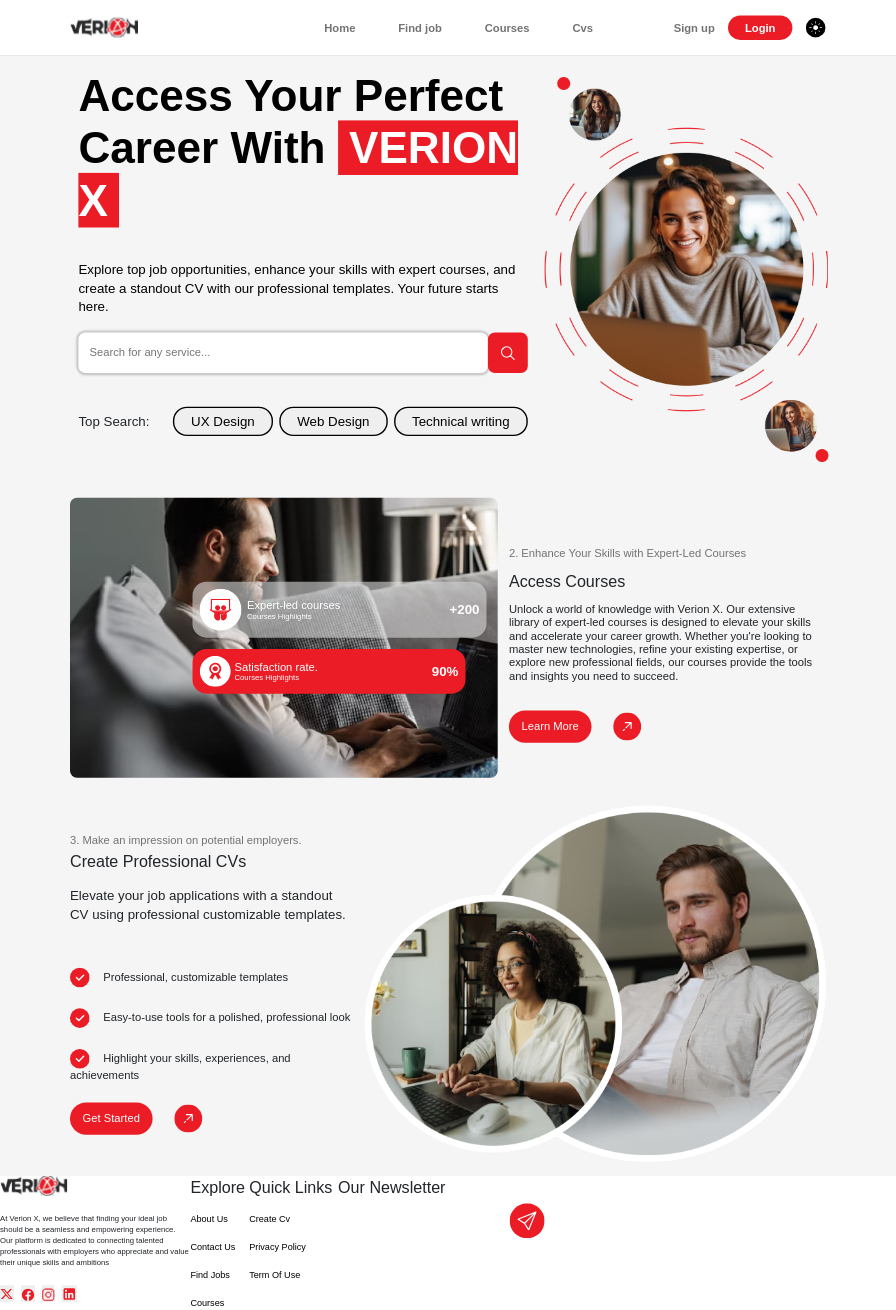
Repository: SahMenz/verionX
Page: /
An editor plug-in stored every save of this project. The page is shown before and after the next save, followed by the edit.
The browser window is 1280 px wide. The pictures show the whole page, at 70% of full size.
The project was rebuilt for these pictures with package versions that can differ from the ones it lists, and the page was loaded fresh each time. Also part of the build but not shown: vite.config.js.

Above is the page before, as saved 2024-06-16 02:23:04.

### src/App.jsx
import './App.css'
import Home from './components/home/home'
import 'bootstrap/dist/css/bootstrap.min.css';

function App() {

  return (
    <>
      <div>
          <Home />
      </div>
    </>
  )
}

export default App

### src/index.css
button{
    outline: none;
    border: none;
  }

  input{
    border: none;
    outline: none;
}

### src/App.css
*, *::before, *::after{
  padding: 0px;
  margin: 0px;
  box-sizing: border-box;
  font-family: "Rubik", sans-serif;
}

/* BACKGROUND COLORS */

.bg-f5{
  background-color: #F5F5F5;
}
.bg-eb{
  background-color: #EB1C25;
}
.bg-ff{
  background-color: #fff;
}
.bg-d9{
  background-color: #D9D9D9;
}
.bg-00{
  background-color: #000;
}


/* FONT SIZES */

.txt-11{
  font-size: 11px;
}
.txt-13{
  font-size: 13px;
}
.txt-16{
  font-size: 16px;
}
.txt-19{
  font-size: 19px;
}
.txt-23{
  font-size: 23px;
}
.txt-45{
  font-size: 45px;
}
.txt-63{
  font-size: 63px;
}


/* TEXT COLOR */

.txt-eb{
  color:#EB1C25
}
.txt-f3{
  color: #737373
}
.txt-ff{
  color:#fff
}
.txt-00{
  color: #000;
}


/* FONT WEIGHT */

.fw-400{
  font-weight: 400;
}
.fw-500{
  font-weight: 500;
}
.fw-600{
  font-weight: 600;
}


/* LINE HEIGHT */

.lh-19{
  line-height: 19.2px;
}
.lh-75{
  line-height: 55.6px;
}
.lh-26{
  line-height: 26.38px;
}
.lh-22{
  line-height: 22.8px;
}
.lh-27{
  line-height: 27.6px;
}
.lh-15{
  line-height: 15.89px;
}
.lh-13{
  line-height: 13.2px;
}
.lh-54{
  line-height: 54px;
}
.lh-34{
  line-height: 34.5px;
}
.lh-67{
  line-height: 67.5px;
}
.lh-32{
  line-height: 32.2px;
}
.lh-18{
  line-height: 18.96px;
}

### src/components/home/home.jsx
import Footer from "../footer/footer"
import Navigation from "../navigation/navigation"
import AccessCourses from "./accessCourses/accessCourses"
import CreateProfessionalCv from "./createProfessionalCv/createProfessionalCv"
import Hero from "./hero/hero"

function Home() {
  return (
    <div >
        <Navigation />
        <Hero />
        <AccessCourses />
        <CreateProfessionalCv />
        <Footer />
    </div>
  )
}

export default Home

### src/components/footer/footer.jsx
import logo from '../../assets/images/logo.svg';
import CustomSvg from '../customSvg/customSvg';

function Footer() {
  return (
    <div className='d-flex'>
        <div className='d-flex flex-column' style={{width:"272px", height:"166px"}}>
            <img  src={logo} style={{width:"97.2px"}}/>
            <div className='fw-400 lh-15 txt-11 py-4'>
                At Verion X, we believe that finding your ideal job should be a
                seamless and empowering experience. Our platform is dedicated to connecting talented
                professionals with employers who appreciate and value their unique skills and ambitions
            </div>
            <div className='d-flex align-items-center justify-content-between' style={{width:"110px"}}>
                <button><CustomSvg name="x"/></button>
                <button><CustomSvg name="facebook"/></button>
                <button><CustomSvg name="insta"/></button>
                <button><CustomSvg name="linkedin"/></button>
            </div>
        </div>
        <div className='d-flex flex-column justify-content-between' style={{width:"84px", height:"192px"}}>
            <div className='fw-500 txt-23 lh-32'>Explore</div>
            <a href="#" className='txt-00 fw-400 txt-13 lh-18 text-decoration-none'>About Us</a>
            <a href="#" className='txt-00 fw-400 txt-13 lh-18 text-decoration-none'>Contact Us</a>
            <a href="#" className='txt-00 fw-400 txt-13 lh-18 text-decoration-none'>Find Jobs</a>
            <a href="#" className='txt-00 fw-400 txt-13 lh-18 text-decoration-none'>Courses</a>
        </div>
        <div className='d-flex flex-column justify-content-between' style={{width:"127px", height:"152px"}}>
            <div className='fw-500 txt-23 lh-32'>Quick Links</div>
            <a href="#" className='txt-00 fw-400 txt-13 lh-18 text-decoration-none'>Create Cv</a>
            <a href="#" className='txt-00 fw-400 txt-13 lh-18 text-decoration-none'>Privacy Policy</a>
            <a href="#" className='txt-00 fw-400 txt-13 lh-18 text-decoration-none'>Term Of Use</a>
        </div>
        <div className='d-flex flex-column'>
            <div className='fw-500 txt-23 lh-32'>Our Newsletter</div>
            <div>
                <input  type='text' style={{borderRadius:"30px", padding:"19px"}}/>
                <CustomSvg name="telegram"/>
            </div>
        </div>
    </div>
  )
}

export default Footer

### src/components/navigation/navigation.jsx
import logo from '../../assets/images/logo.svg'
import CustomSvg from '../customSvg/customSvg'
import './navigation.css'


function Navigation() {

  return (
    <div className="d-flex justify-content-between navContainer">
        <img src={logo} alt="" />
        <div className='d-none d-lg-flex navigationLink justify-content-between align-items-center'>
          <div className='d-flex justify-content-between align-items-center links'>
            <a href="#" className='small-txt lh-19 fw-600 text-decoration-none txt-f3'>Home</a>
            <a href="#" className='small-txt lh-19 fw-600 text-decoration-none txt-f3'>Find job</a>
            <a href="#" className='small-txt lh-19 fw-600 text-decoration-none txt-f3'>Courses</a>
            <a href="#" className='small-txt lh-19 fw-600 text-decoration-none txt-f3'>Cvs</a>
          </div>
          <div className='d-flex justify-content-between align-items-center switchmode'>
            <a href="#" className='small-txt lh-19 fw-600 text-decoration-none txt-f3'>Sign up</a>
            <a href="#" className='small-txt lh-19 fw-600 text-decoration-none txt-ff bg-eb px-4 py-2 rounded-5'>Login</a>
            <CustomSvg name="switchModes" className="cursor-pointer"/>
          </div>
        </div>
        <div className=' d-lg-none cursor-pointer' style={{width: "40px", height: "40px", display: 'flex', flexDirection: 'column', alignItems: "center", justifyContent: "center", gap: "5px"}}>
          <div style={{width : "30px", height:"3px", backgroundColor : 'black' }}></div>
          <div style={{width : "30px", height:"3px", backgroundColor : 'black' }}></div>
          <div style={{width : "30px", height:"3px", backgroundColor : 'black' }}></div>
        </div>
    </div>
  )
}

export default Navigation

### src/components/home/accessCourses/accessCourses.jsx
import CustomSvg from "../../customSvg/customSvg";
import './accessCourses.css';

function AccessCourses() {
  return (
    <div className="d-flex flex-column bg-f5 flex-xl-row accessGeneral  align-items-center">
        <div className="manPressingLaptop" style={{maxWidth:"611px", position:"relative"}}>
            <div className="imagetext d-none d-lg-block" style={{position:"absolute"}}>
                <div className="d-flex align-items-center opacebackground justify-content-between mb-3" style={{padding:"10px", borderRadius:"20px", maxWidth:"455px"}}>
                    <CustomSvg name="expertLedCourses"/>
                    <div className="d-flex ps-2 justify-content-between align-items-center" style={{width:"340px"}}>
                        <div className="d-flex flex-column" >
                            <div className="txt-ff fw-500 txt-16 lh-19">Expert-led courses</div>
                            <div className="txt-11 txt-ff fw-500 lh-13">Courses Highlights</div>
                        </div>
                        <div className="fw-600 txt-19 lh-22 txt-ff">+200</div>
                    </div>
                </div>
                <div className="bg-eb d-flex align-items-center justify-content-between" style={{padding:"10px", borderRadius:"20px", maxWidth:"390px"}}>
                    <CustomSvg name="satisfactionrate"/>
                    <div className="d-flex justify-content-between align-items-center" style={{width:"320px"}}>
                        <div className="d-flex flex-column" >
                            <div className="txt-ff fw-500 txt-16 lh-19">Satisfaction rate.</div>
                            <div className="txt-11 txt-ff fw-500 lh-13">Courses Highlights</div>
                        </div>
                        <div className="fw-600 txt-19 lh-22 txt-ff">90%</div>
                    </div>
                </div>
            </div>
        </div>
        <div className=" ms-xl-3"  style={{maxWidth:"576px"}}>
            <p className="txt-f3 fw-500 lh-19 enhance" style={{maxWidth:"370px"}}>2. Enhance Your Skills with Expert-Led Courses</p>
            <p className="fw-500 lh-27 access" style={{maxWidth:"300px"}}>Access Courses</p>
            <p className="fw-400 lh-19 pb-4 unlock" style={{maxWidth:"576px"}}>
                Unlock a world of knowledge with Verion X. Our extensive library of expert-led courses is designed to elevate your skills and accelerate your career growth. Whether you&apos;re looking to master new technologies, refine your existing expertise, or explore new professional fields, our courses provide the tools and insights you need to succeed.
            </p>
            <div className="d-flex align-items-center justify-content-between" style={{width:"189px"}}>
                <button className="bg-eb txt-ff" style={{padding:"11px 18px", borderRadius:"30px"}}>Learn More</button>
                <CustomSvg name="arrowTopRight" className=""/>
            </div>
        </div>
    </div>
  )
}

export default AccessCourses

### src/components/home/createProfessionalCv/createProfessionalCv.jsx
import createProfessionalImage from '../../../assets/images/createProfessionalImage.png';
import CustomSvg from '../../customSvg/customSvg';
import './createProfessionalCv.css';

function CreateProfessionalCv() {
  return (
    <div className='d-flex flex-column createGeneral bg-f5 flex-xl-row align-items-center'>
        <div style={{maxWidth:"507px"}}>
            <div className='fw-500 lh-19 txt-16 txt-f3 adjustText' style={{margin:"0px 0px 8px 0px"}}>3. Make an impression on potential employers.</div>
            <div className='fw-500 lh-27 txt-23 adjust23' style={{margin:"0px 0px 20px 0px"}}>Create Professional CVs</div>
            <div className='fw-400 txt-19 lh-23 adjust19' style={{margin:"0px 0px 60px 0px"}}>Elevate your job applications with a standout CV using professional customizable templates.</div>
            <div className='fw-400 txt-16 lh-19 adjustText' style={{marginBottom:"29px"}}><CustomSvg name="createProfessionalTick"/> <span style={{marginLeft:"15px"}}>Professional, customizable templates</span></div>
            <div className='fw-400 txt-16 lh-19 adjustText' style={{marginBottom:"29px"}}><CustomSvg name="createProfessionalTick"/> <span style={{marginLeft:"15px"}}>Easy-to-use tools for a polished, professional look</span></div>
            <div className='fw-400 txt-16 lh-19 adjustText' style={{marginBottom:"29px"}}><CustomSvg name="createProfessionalTick"/> <span style={{marginLeft:"15px"}}>Highlight your skills, experiences, and achievements</span></div>
            <div className="d-flex align-items-center justify-content-between" style={{width:"189px"}}>
                <button className="bg-eb txt-ff" style={{padding:"11px 18px", borderRadius:"30px"}}>Get Started</button>
                <CustomSvg name="arrowTopRight" className=""/>
            </div>
        </div>
        <img src={createProfessionalImage} className='mt-5 mt-xl-0 mixedImage ms-xl-3' style={{maxWidth:"659px"}}/>
    </div>
  )
}

export default CreateProfessionalCv

### src/components/home/hero/hero.jsx
import accesYourPerfectImage from '../../../assets/images/accesYourPerfectImage.png';
import CustomSvg from '../../customSvg/customSvg';
import './hero.css';

function Hero() {
  return (
    <div className='bg-f5 heroGeneral d-flex flex-column flex-xl-row justify-content-center justify-content-between align-items-center' style={{}}>
        <div style={{maxWidth:"733px"}} className=' textcontainer mb-5 mx-xxl-1 px-xxl-0 d-flex flex-column container '>
            <div className='txt-63 lh-75 txt-ff fw-600 txt-00 largeTxt mb-5' >Access Your Perfect Career With <span className='bg-eb fw-600 txt-ff py-1 px-3'>VERION X</span></div>
            <div className='txt-00 lh-26 mb-4 exploretxt' style={{maxWidth:"630px"}}>
                Explore top job opportunities, enhance your skills with expert courses, and create a standout CV with our professional templates. Your future starts here.
            </div>
            <div className="d-flex">
                <input type="text" className='p-3 container mb-xl-5' placeholder="Search for any service..."  style={{borderRadius:"10px", boxShadow: "0px 0px 3px 3px rgba(0, 0, 0, 0.2)"}} />
                <button className="bg-eb p-3 mb-xl-5" style={{borderRadius:"10px", border:"none"}}><CustomSvg name="search"/></button>
            </div>
            <div className='d-none d-xl-flex align-items-center justify-content-between'style={{width:"642px"}} >
                <div className='txt-19 lh-26 txt-500'>Top Search:</div>
                <div className='d-flex align-items-center justify-content-between' style={{width:"507px"}}>
                    <button style={{borderRadius:"20px",border: "2px solid black"}}><div className='px-4 py-2 txt-19 lh-22 txt-500'>UX Design</div></button>
                    <button style={{borderRadius:"20px",border: "2px solid black"}}><div className='px-4 py-2 txt-19 lh-22 txt-500'>Web Design</div></button>
                    <button style={{borderRadius:"20px",border: "2px solid black"}}><div className='px-4 py-2 txt-19 lh-22 txt-500'>Technical writing</div></button>
                </div>
            </div>
        </div>
        <img src={accesYourPerfectImage} className='container mx-xxl-1 px-xxl-0' style={{Width:"65vw", maxWidth:"430px"}} alt="three images" />
    </div>
  )
}

export default Hero

### src/components/navigation/navigation.css
.navContainer{
    padding: 22px 100px;
    box-shadow: 0px 10px 10px 10px rgba(0, 0, 0, 0.2);
}

.navigationLink{
    width: 56vw;
    min-width: 600px;
    max-width: 888px;
}
.links{
    width: 30vw;
    min-width: 300px;
    max-width: 482px;
}
.switchmode{
    width: 17vw;
    min-width: 200px;
    max-width: 254px;
}
@media screen and (min-width:325px) and (max-width:988px) {
    .navContainer{
        padding: 18px 60px;
    }
}

### src/components/home/accessCourses/accessCourses.css
.accessGeneral{
    padding: 10px 20px;
}
.enhance{
    font-size: 4vw;
    margin-top: 20px;
}
.access{
    font-size: 6vw;
}
.unlock{
    font-size: 4vw;
}
.opacebackground{
    background-color:rgba(217, 217, 217, 0.6);
}
.manPressingLaptop{
    background-image: url('../../../assets/images/accessCoursesImage.png');
    background-size: cover;
    border-Radius: 10px;
    background-position: center;
    height: 400px;
    width: 65vw;
    background-size: cover;
    background-position: center;
}
.imagetext{
    position: absolute;
    top: 50%;
    left: 63%;
    transform: translate(-50%, -50%);
}

@media (min-width: 478px) {
    .enhance{
        font-size: 3vw;
    }
    .access{
        font-size: 5vw;
    }
    .unlock{
        font-size: 3vw;
    }
}
@media (min-width: 665px) {
    .enhance{
      font-size: 2.5vw;
    }
    .access{
      font-size:4.5vw;
    }
    .unlock{
        font-size: 2.5vw;
    }
}
@media (min-width:730px){
    .accessGeneral{
      padding: 20px 100px;
    }
    .enhance{
        font-size: 16px;
      }
      .access{
        font-size:23px;
      }
      .unlock{
          font-size: 16px;
      }
  }
  @media (min-width:1400px){
    .accessGeneral{
        justify-content: space-between!important;
    }
  }

### src/components/home/createProfessionalCv/createProfessionalCv.css
.createGeneral{
    padding: 10px 20px;
}
.mixedImage{
    width: 85vw;
}
.adjustText{
    font-size: 4vw;
}
.adjust19{
    font-size: 5vw;
}
.adjust23{
    font-size: 6vw;
}
@media (min-width: 478px) {
    .adjustText{
        font-size: 3.5vw;
    }
    .adjust19{
        font-size: 4.5vw;
    }
    .adjust23{
        font-size: 5.5vw;
    }
}
@media (min-width: 560px) {
    .adjustText{
        font-size: 3vw;
    }
    .adjust19{
        font-size: 4vw;
    }
    .adjust23{
        font-size: 5vw;
    }
}
@media (min-width:630px){
    .createGeneral{
        padding: 20px 100px;
    }
    .adjustText{
        font-size: 16px;
    }
    .adjust19{
        font-size: 19px;
    }
    .adjust23{
        font-size: 23px;
    }
}
@media (min-width:1400px){
    .createGeneral{
        justify-content: space-between;
    }
}

### src/components/home/hero/hero.css
  .largeTxt{
    font-size: 10vw;
  }
  .exploretxt{
    font-size: 4vw;
  }
  .heroGeneral{
    padding: 10px 20px;
  }
  @media (min-width: 478px) {
    .largeTxt{
      line-height: 75px;
    }
    .exploretxt{
      font-size: 3vw;
    }
  }
  @media (min-width: 632px) {
    .largeTxt{
      font-size: 9vw;
    }
    .exploretxt{
      font-size:2.5vw;
    }
  }
  @media (min-width:730px){
    .largeTxt{
      font-size: 63px;
    }
    .exploretxt{
      font-size: 19px;
    }
    .heroGeneral{
      padding: 20px 100px;
    }
  }
  @media(min-width:1400){
    .heroGeneral{
      justify-content: space-between;
    }
  }

Loaded but not shown: src/main.jsx (common file); src/components/customSvg/customSvg.jsx (186 lines, source omitted)

After the next save:
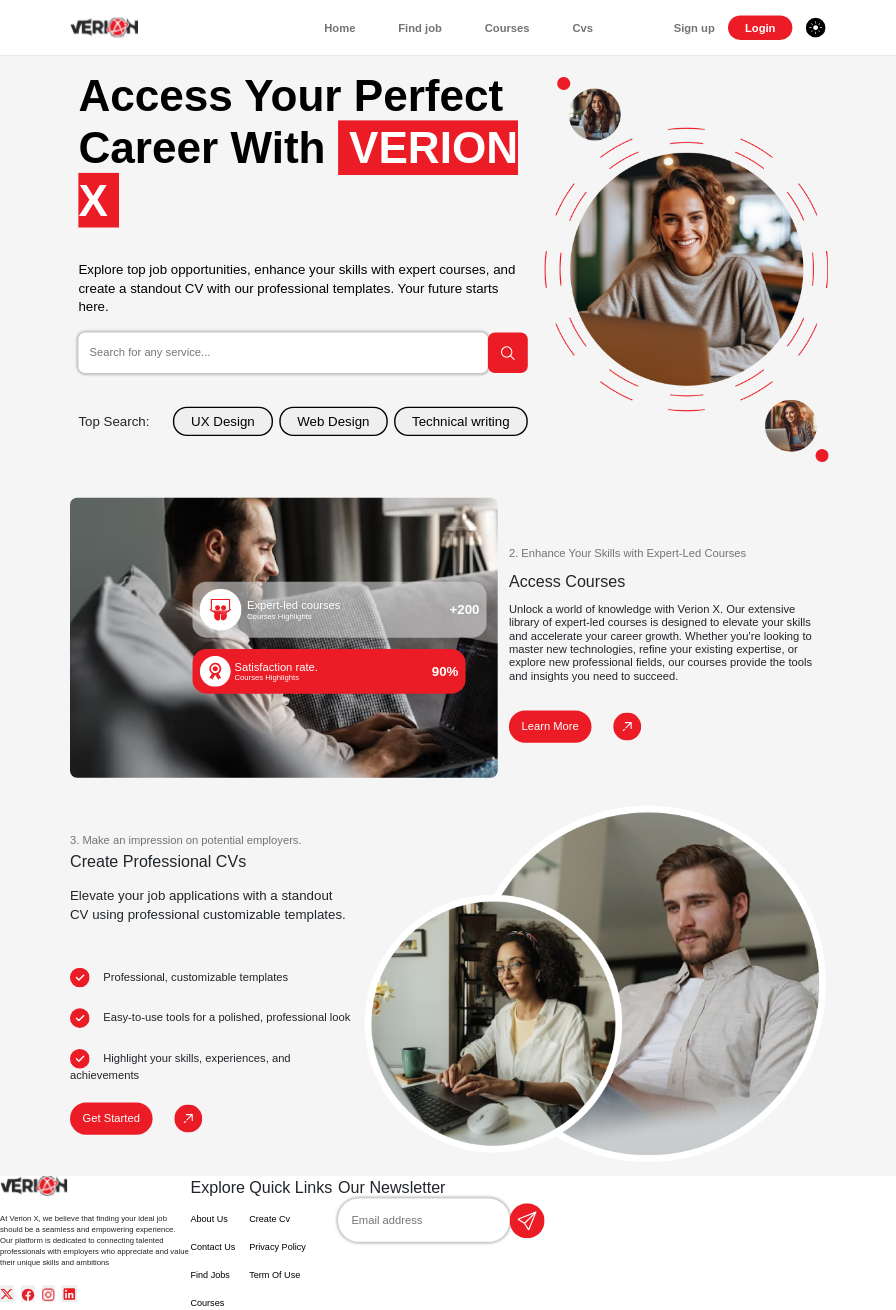
Saved 101 s later.
--- a/src/components/footer/footer.jsx
+++ b/src/components/footer/footer.jsx
@@ -34,7 +34,7 @@
         <div className='d-flex flex-column'>
             <div className='fw-500 txt-23 lh-32'>Our Newsletter</div>
             <div>
-                <input  type='text' style={{borderRadius:"30px", padding:"19px"}}/>
+                <input  type='text' placeholder='Email address' style={{borderRadius:"30px", padding:"19px", boxShadow: "0px 0px 3px 3px rgba(0, 0, 0, 0.2)"}}/>
                 <CustomSvg name="telegram"/>
             </div>
         </div>
